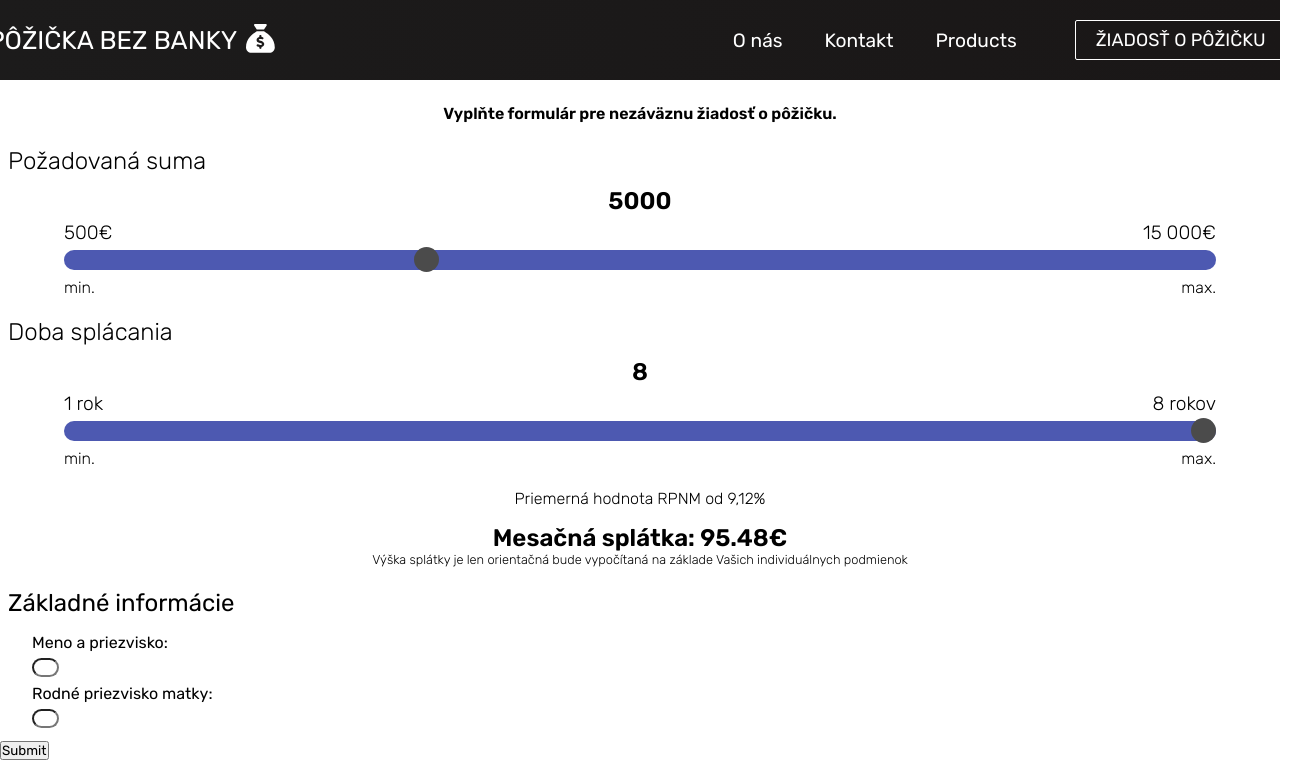
Repository: steve-lgtm/React-website-pozickabezbanky
Page: /ziadost
These files come from the project's save history. The page is drawn as it stood at one moment and after the next save; the edit follows.
The browser window is 1280 px wide. The page is 1305 px wide, so the pictures cover 1305 px, including what lies to the right of the window. The pictures show the whole page.
Some web libraries are served in a nearby version. The project was rebuilt for these pictures with package versions that can differ from the ones it lists, and the page was loaded fresh each time. Also part of the build but not shown: src/components/pages/Home.js, src/components/pages/Kontakt.js, src/components/pages/Products.js.

Above is the page before, as saved 2022-07-10 16:19:27.

After the next save:
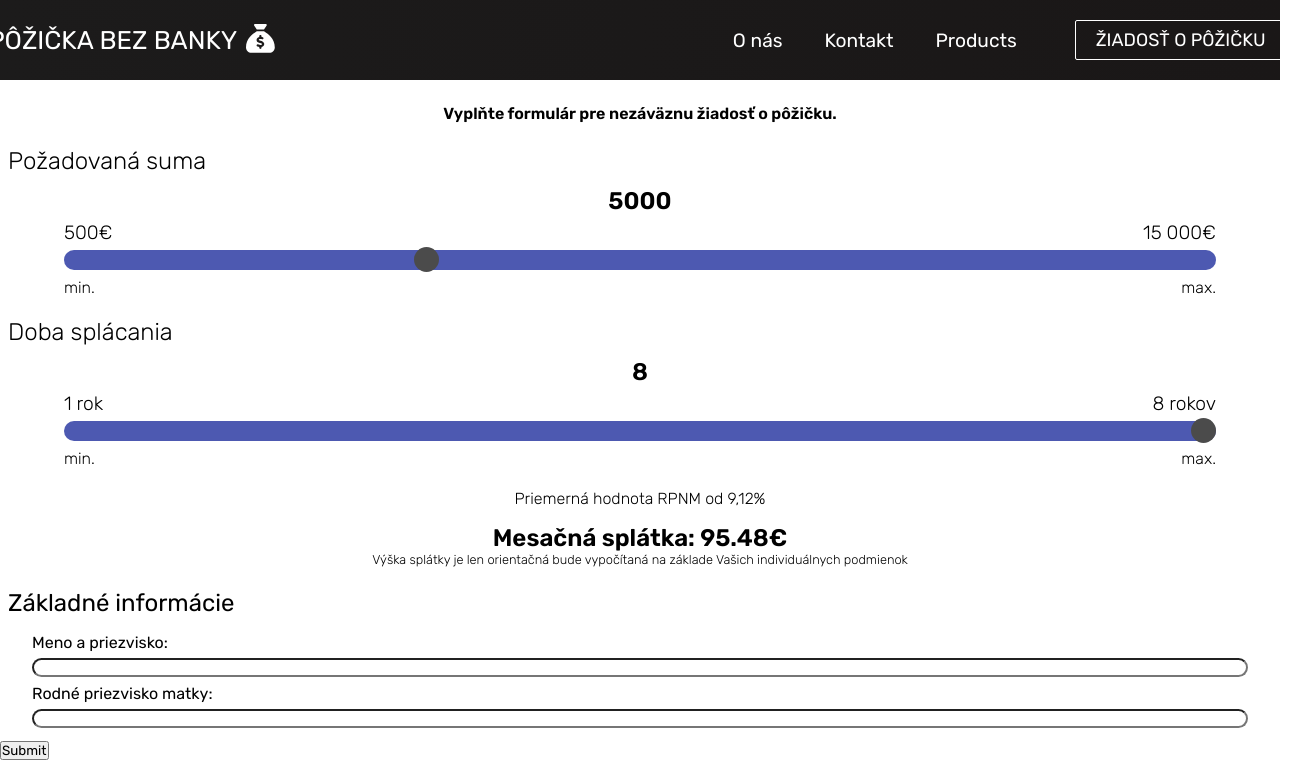
Saved 8 s later.
--- a/src/components/pages/Ziadost.css
+++ b/src/components/pages/Ziadost.css
@@ -94,6 +94,5 @@ font-weight: 300;
     margin: 0 1.5em;
 }
 input[type=text] {
-    width: 2em;
     border-radius: 10px;
 }
